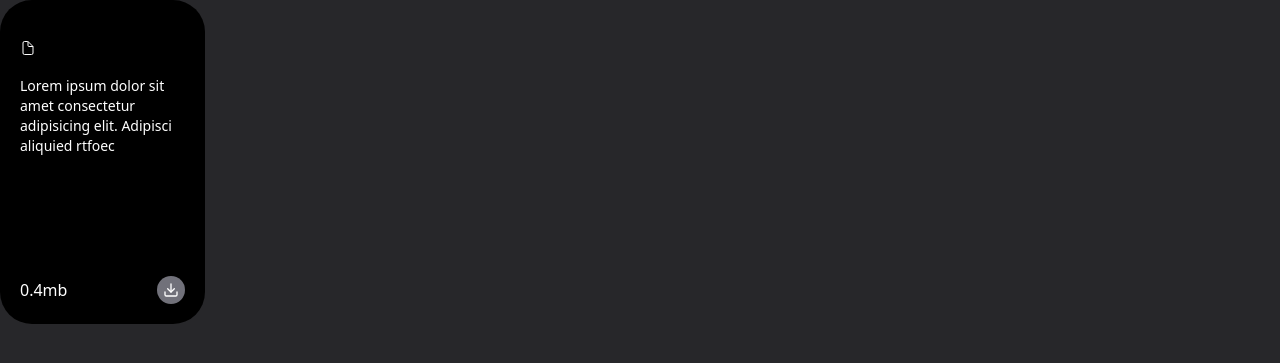
Repository: SharonSebastian32/dragable_cards
Page: /
An editor plug-in stored every save of this project. The page is shown before and after the next save, followed by the edit.
The browser window is 1280 px wide. The pictures show the whole page.
The project was rebuilt for these pictures with package versions that can differ from the ones it lists, and the page was loaded fresh each time. Also part of the build but not shown: vite.config.js.

Above is the page before, as saved 2024-08-21 10:25:43.

### src/App.jsx
import Background from "./Components/Background";
import Foreground from "./Components/Foreground";

const App = () => {
  return (
    <div className="w-full h-screen bg-zinc-800 relative">
      <Background />
      <Foreground/>
    </div>
  );
};
export default App;

### src/Components/Background.jsx
const Background = () => {
  return <div className="w-full h-full fixed z-[2]"> </div>;
};

export default Background;

### src/Components/Foreground.jsx
import Card from "./Card";

const Foreground = () => {
  return (
    <div className="w-full h-full fixed top-0 left-0 z-[3]">
      <Card />
    </div>
  );
};

export default Foreground;

### src/Components/Card.jsx
import { IoDocumentOutline } from "react-icons/io5";
import { FiDownload } from "react-icons/fi";
const Card = () => {
  return (
    <div className="w-[16vw] h-[45vh] rounded-[2rem] text-white px-5 py-10 bg-black relative">
      <IoDocumentOutline />
      <p className="text-sm font-medium mt-5">
        Lorem ipsum dolor sit amet consectetur adipisicing elit. Adipisci
        aliquied rtfoec{" "}
      </p>
      {/* footer   */}
      <div className="footer  absolute bottom-0 left-0 w-full h-15  ">
        <div className="flex items-center justify-between p-5">
          <h5>0.4mb</h5>
          <span className="w-7 h-7 bg-zinc-500 rounded-full flex items-center justify-center cursor-pointer">
            <FiDownload />
          </span>
        </div>
      </div>
    </div>
  );
};

export default Card;

Loaded but not shown: index.html (common file); src/main.jsx (common file); src/index.css (common file); tailwind.config.js (common file)

After the next save:
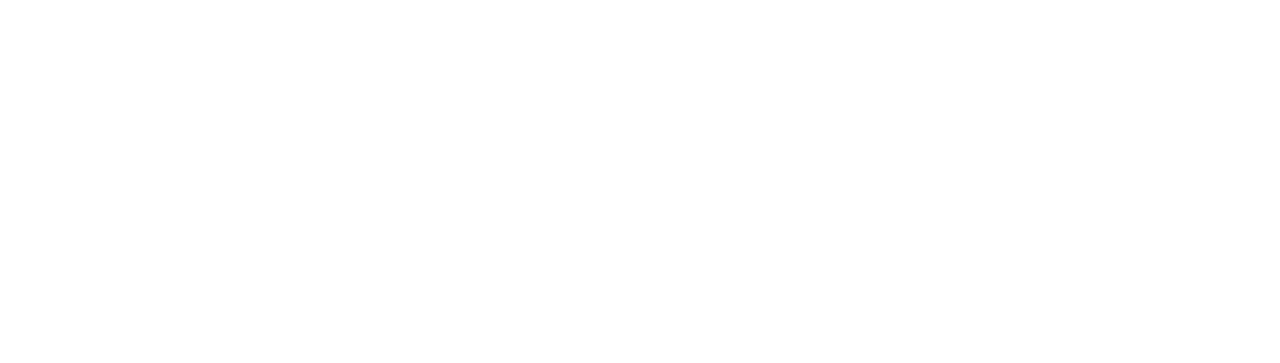
Console error: ReferenceError: LuDownload is not defined
Saved 77 s later.
--- a/src/Components/Card.jsx
+++ b/src/Components/Card.jsx
@@ -13,7 +13,7 @@
         <div className="flex items-center justify-between p-5">
           <h5>0.4mb</h5>
           <span className="w-7 h-7 bg-zinc-500 rounded-full flex items-center justify-center cursor-pointer">
-            <FiDownload />
+            <LuDownload />{" "}
           </span>
         </div>
       </div>

After the 2 saves that followed:
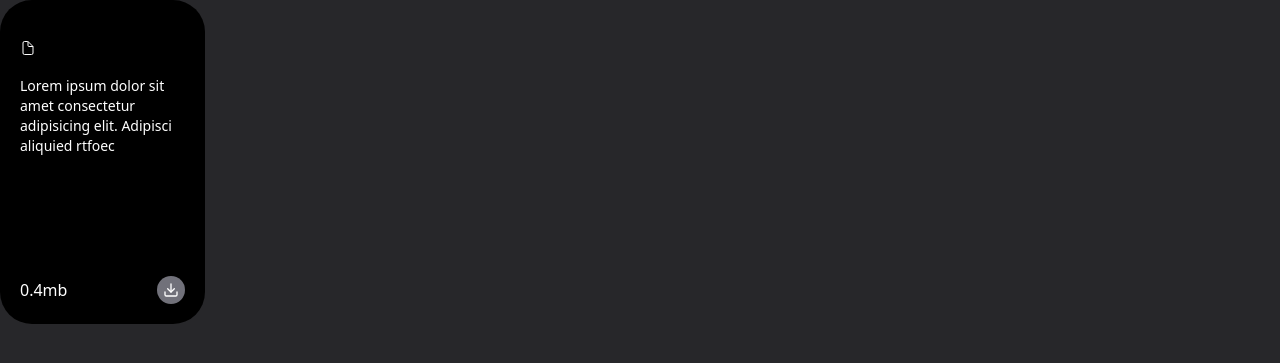
The error is gone.
The 2 saves are shown as one change because they came seconds apart.
The last was saved 12 s later.
--- a/src/Components/Card.jsx
+++ b/src/Components/Card.jsx
@@ -1,5 +1,5 @@
 import { IoDocumentOutline } from "react-icons/io5";
-import { FiDownload } from "react-icons/fi";
+import { LuDownload } from "react-icons/lu";
 const Card = () => {
   return (
     <div className="w-[16vw] h-[45vh] rounded-[2rem] text-white px-5 py-10 bg-black relative">
